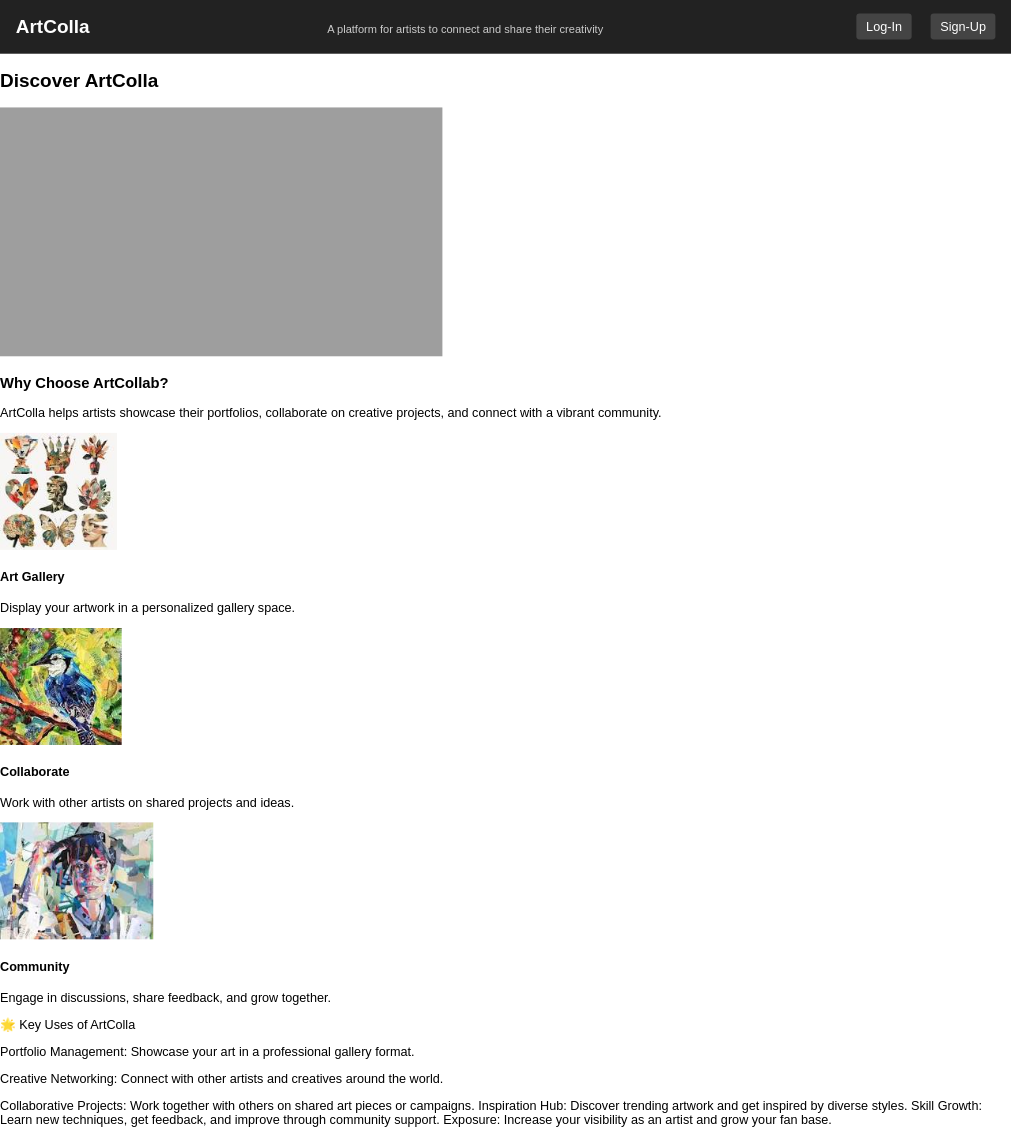
Repository: jeevanReddyP/ArtCollab_App
Page: index.html
An editor plug-in stored every save of this project. The page is shown before and after a run of saves, followed by the edit.
The browser window is 1280 px wide. The pictures show the whole page, at 79% of full size.
Pictures or frames that could not be fetched are drawn as grey boxes.

Above is the page before, as saved 2025-06-11 16:36:25.

After the next 4 saves:
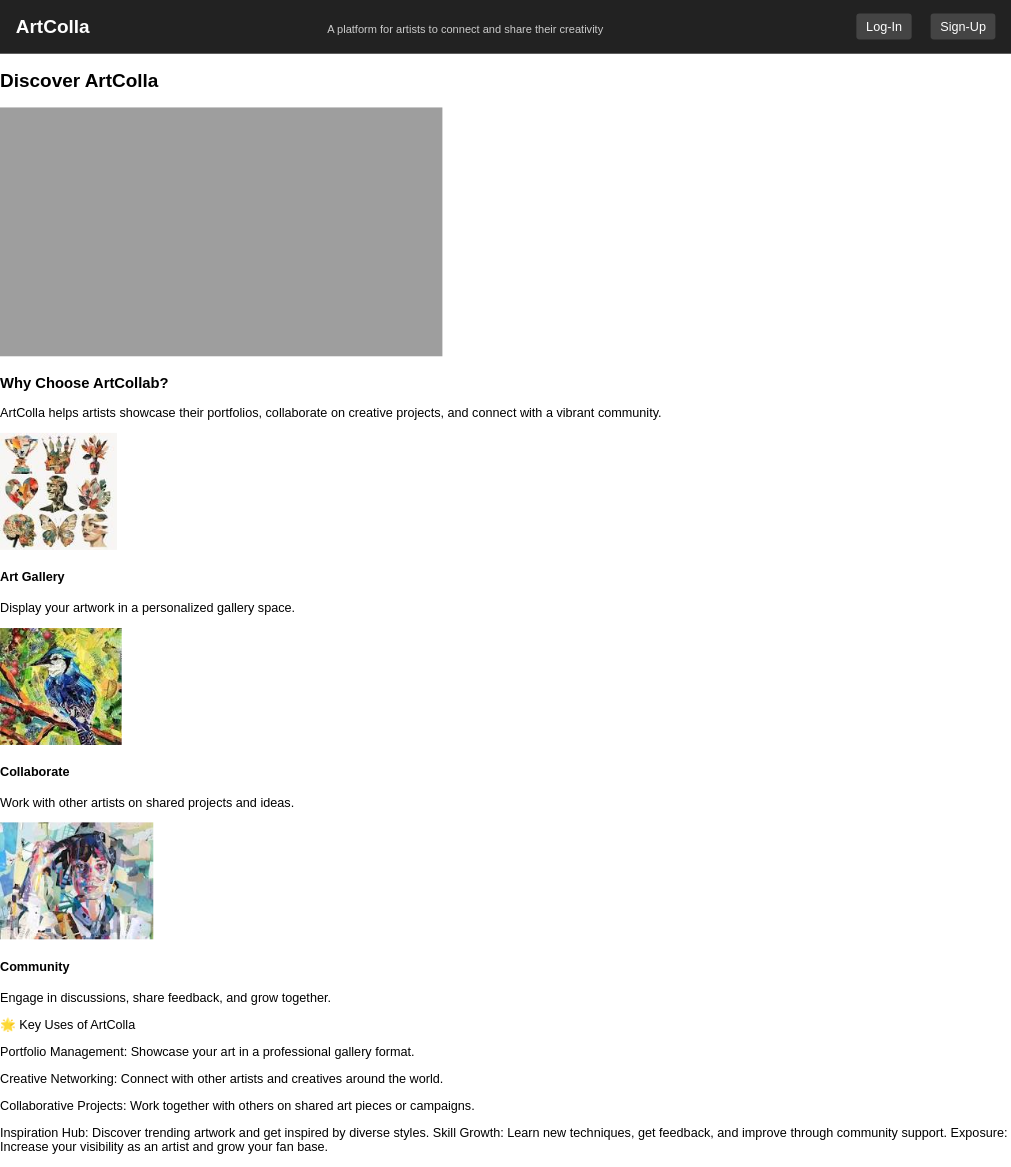
The 4 saves are shown as one change because they came seconds apart.
The last was saved 12 s later.
--- a/index.html
+++ b/index.html
@@ -57,8 +57,7 @@
 
 <p>Creative Networking: Connect with other artists and creatives around the world.</p>
 
-Collaborative Projects: Work together with others on shared art pieces or campaigns.
-
+<p>Collaborative Projects: Work together with others on shared art pieces or campaigns.</p>
 Inspiration Hub: Discover trending artwork and get inspired by diverse styles.
 
 Skill Growth: Learn new techniques, get feedback, and improve through community support.
